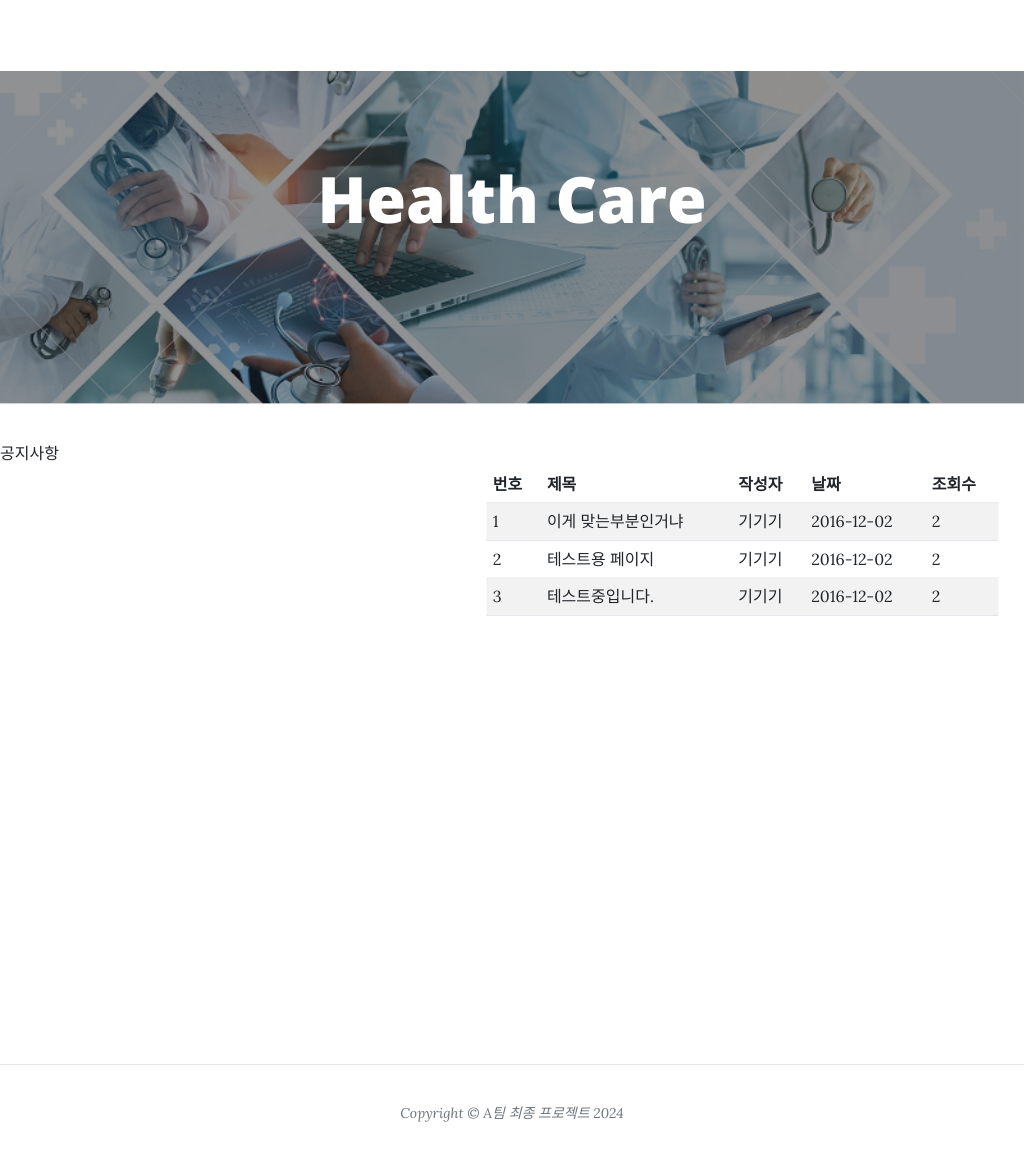
Repository: honsb91/project
Page: http://localhost/hospital/announcement/announcement.jsp
The author's editor kept a copy of each file at every save. The page is drawn from the files as they stood at one save, then again after the next save.
The browser window is 1280 px wide. The pictures show the whole page, at 80% of full size.
Some web libraries are served in a nearby version. The page is served by Tomcat 9. Nobody is signed in. The application's start-up code is not run.

Above is the page before, as saved 2024-01-31 01:32:02.

After the next save:
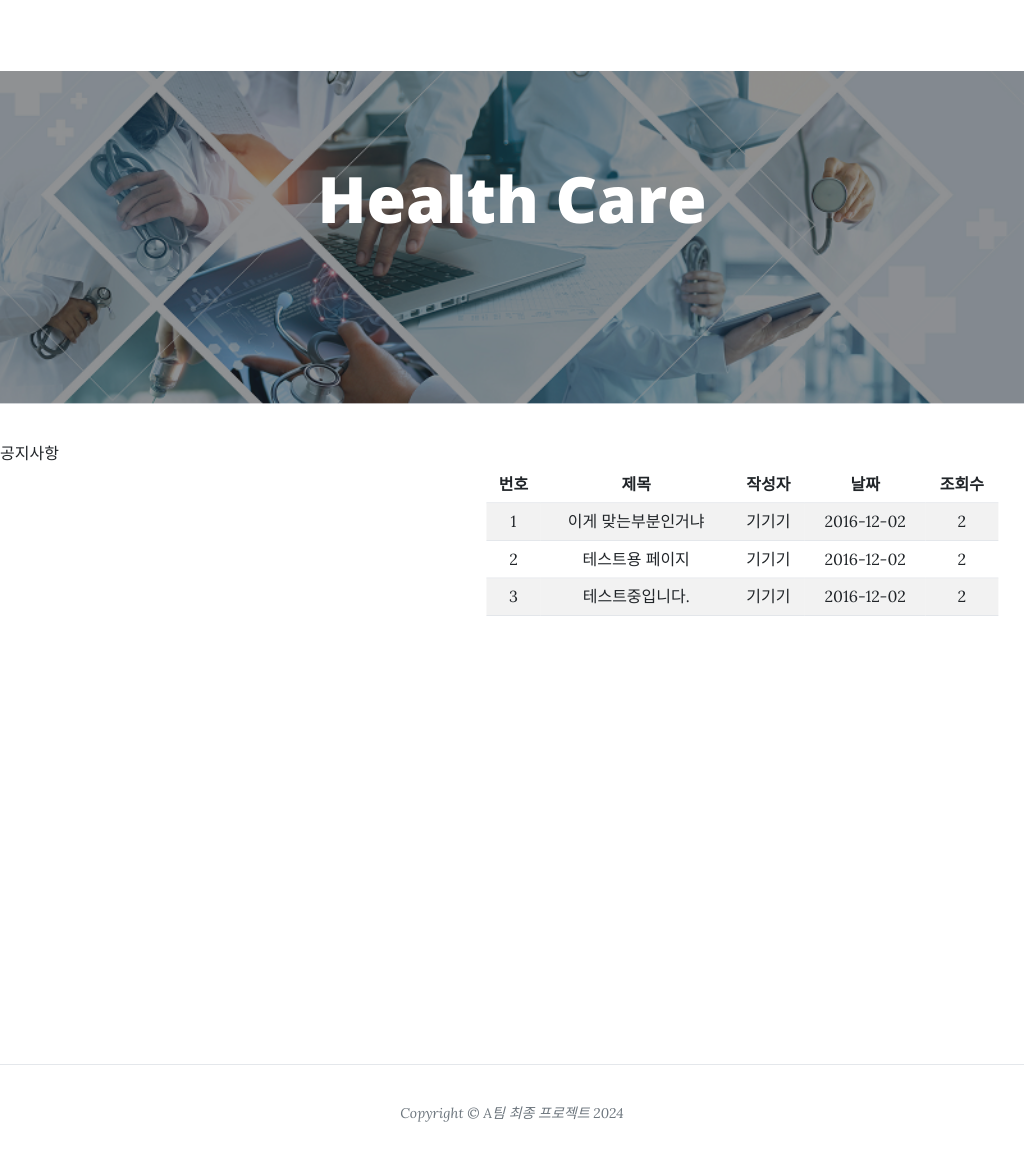
Saved 82 s later.
--- a/hospital/src/main/webapp/announcement/announcement.jsp
+++ b/hospital/src/main/webapp/announcement/announcement.jsp
@@ -7,6 +7,7 @@
 <title>공지사항</title>
 </head>
 <%@ include file="/include/header.jsp"%>
+<link rel="stylesheet" href="/resources/css/announcement/announcement.css">
 <body>
 <div class="announcement-header">공지사항</div>
 	<table class="table table-striped">
